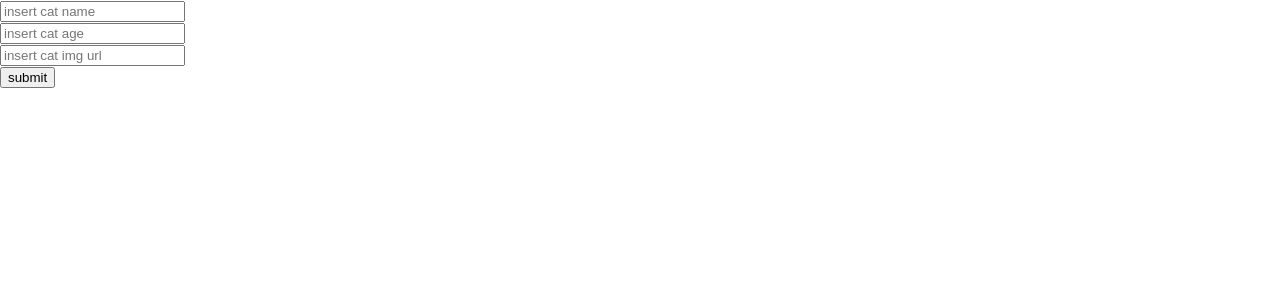
Repository: ehabmelhem/Mongodb
Page: / (app in simple-react-app/app/)
The author's editor kept a copy of each file at every save. The page is drawn from the files as they stood at one save, then again after a run of saves.
The browser window is 1280 px wide. The pictures show the whole page.
The project was rebuilt for these pictures with package versions that can differ from the ones it lists, and the page was loaded fresh each time.

Above is the page before, as saved 2021-02-04 22:33:58.

After the next 4 saves:
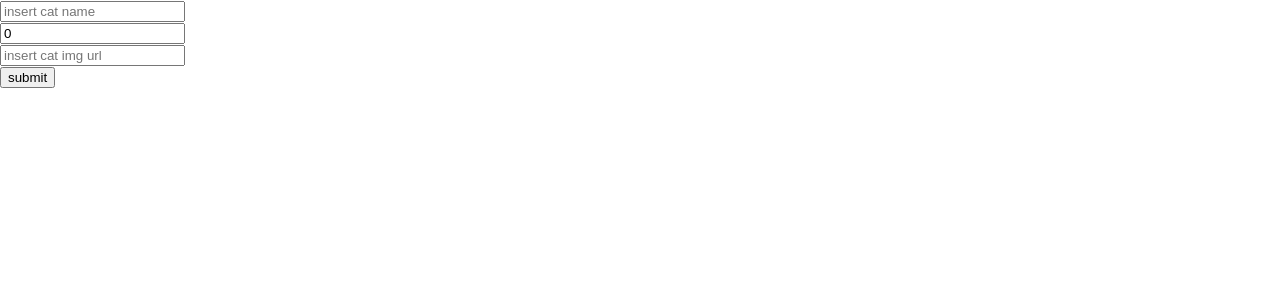
The 4 saves are shown as one change because they came seconds apart.
The last was saved 13 s later.
--- a/simple-react-app/app/src/App.js
+++ b/simple-react-app/app/src/App.js
@@ -18,7 +18,14 @@ function App() {
           placeholder="insert cat name"
         />
         <br />
-        <input type="number" placeholder="insert cat age" />
+        <input
+          value={age}
+          onChange={(e) => {
+            setAge(e.target.value);
+          }}
+          type="number"
+          placeholder="insert cat age"
+        />
         <br />
         <input type="text" placeholder="insert cat img url" />
         <br />
